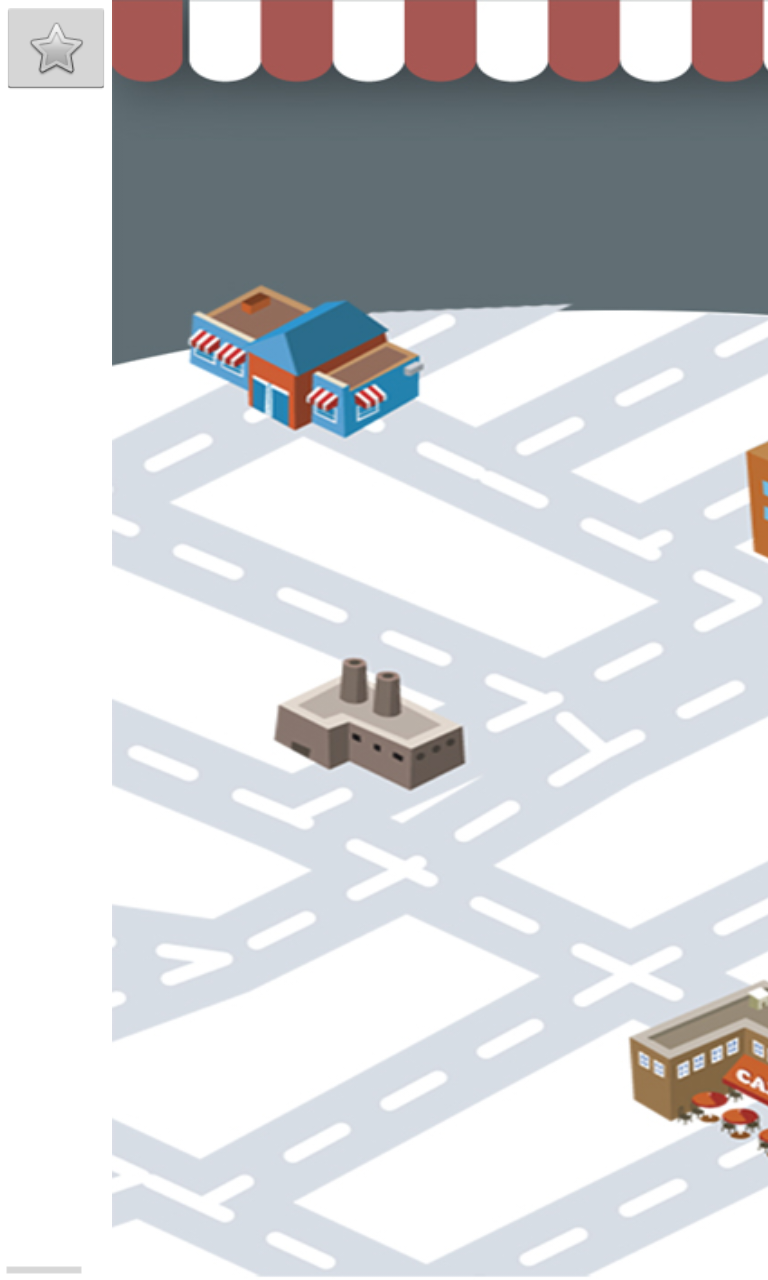
Repository: ahmeda8/playable
Layout: Playable/res/layout/activity_main.xml
These files come from the project's save history. The layout is drawn as it stood at one moment and after the next save; the edit follows.
It is drawn on a 768 x 1280 px phone screen (xhdpi) without system bars, with theme AppTheme; the app's code is not run.

Above is the layout before, as saved 2013-07-20 20:52:31.

### Playable/res/layout/activity_main.xml
<RelativeLayout xmlns:android="http://schemas.android.com/apk/res/android"
    xmlns:tools="http://schemas.android.com/tools"
    android:layout_width="match_parent"
    android:layout_height="match_parent"
    android:padding="0dp"
    tools:context=".MainActivity" >

        <HorizontalScrollView
            android:id="@+id/horizontalScrollView1"
            android:layout_width="wrap_content"
            android:layout_height="match_parent"
            android:layout_margin="0dp"
            android:fillViewport="true"
            android:padding="0dp"
            android:background=""
            >

            <LinearLayout
                android:layout_width="wrap_content"
                android:layout_height="match_parent"
                android:orientation="horizontal"
                android:id="@+id/linearLayout1"
                >

                <ImageButton
                    android:id="@+id/imageButton1"
                    android:layout_width="wrap_content"
                    android:layout_height="wrap_content"
                    android:src="@android:drawable/btn_star" />

                <ImageView
                    android:id="@+id/imageView1"
                    android:layout_width="3285dp"
                    android:layout_height="match_parent"
                    android:layout_below="@+id/linearLayout1"
                    android:layout_centerHorizontal="true"
                    android:layout_gravity="top"
                    android:layout_marginTop="0dp"
                    android:scaleType="fitXY"
                    android:src="@drawable/map" />

            </LinearLayout>
        </HorizontalScrollView>
</RelativeLayout>

Loaded but not shown: Playable/res/values/styles.xml (common file); Playable/res/values-v11/styles.xml (common file); Playable/res/values-v14/styles.xml (common file)

After the next save:
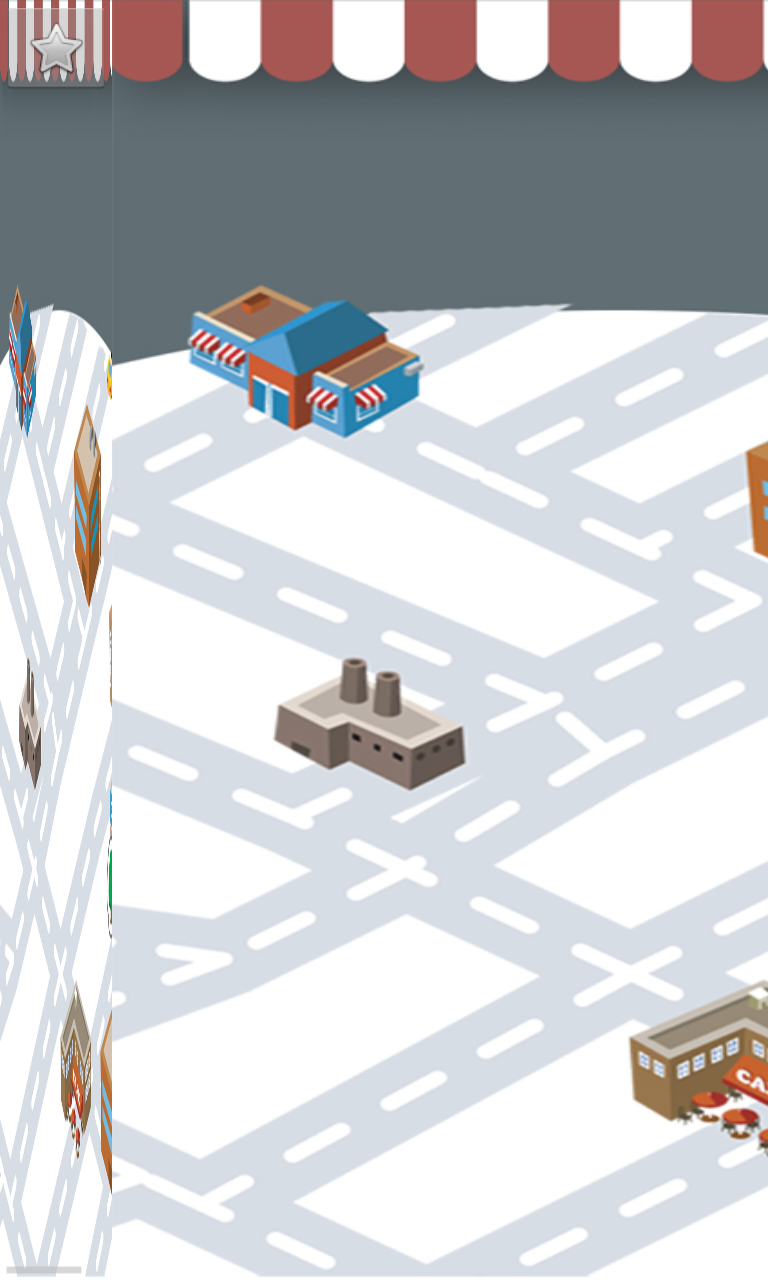
Saved 21 s later.
--- a/Playable/res/layout/activity_main.xml
+++ b/Playable/res/layout/activity_main.xml
@@ -10,10 +10,9 @@
             android:layout_width="wrap_content"
             android:layout_height="match_parent"
             android:layout_margin="0dp"
+            android:background="@drawable/map"
             android:fillViewport="true"
-            android:padding="0dp"
-            android:background=""
-            >
+            android:padding="0dp" >
 
             <LinearLayout
                 android:layout_width="wrap_content"
